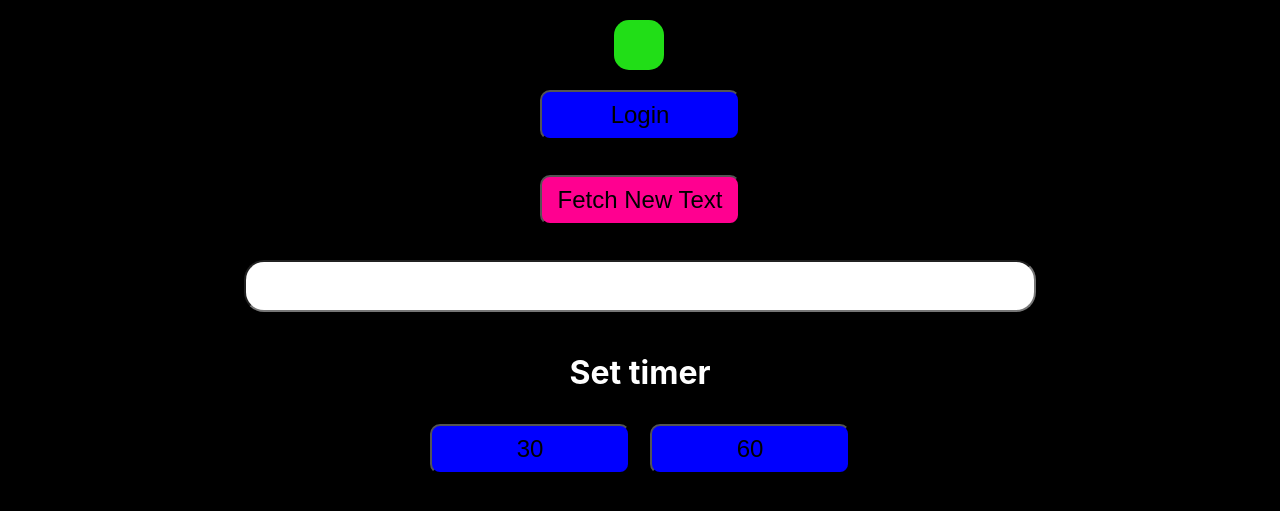
Repository: abhaysharma20233009/swiftKey
Page: / (app in frontend/my-app/)
These files come from the project's save history. The page is drawn as it stood at one moment and after the next save; the edit follows.
The browser window is 1280 px wide. The pictures show the whole page.
The page's requests for data from a server got no answer. The project was rebuilt for these pictures with package versions that can differ from the ones it lists, and the page was loaded fresh each time. No one was signed in, and anything a server would have sent is missing. Also part of the build but not shown: frontend/my-app/src/Results.js, frontend/my-app/src/Login.js, frontend/my-app/src/Signup.js.

Above is the page before, as saved 2024-10-10 21:01:39.

After the next save:
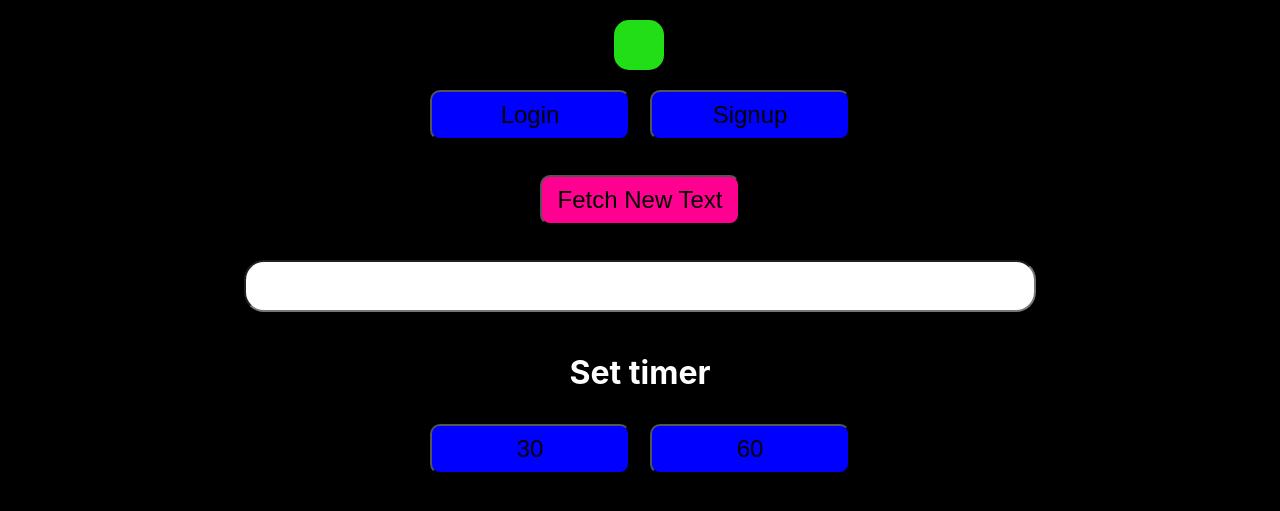
Saved 70 s later.
--- a/frontend/my-app/src/Swifts.js
+++ b/frontend/my-app/src/Swifts.js
@@ -86,6 +86,7 @@ function Swifts() {
               <div class="Timer">{countdown}</div>
             {username && <h2>Welcome, {username}!</h2>}
             <button className="log" onClick={() => navigate('/login')}>Login</button>
+            <button className="log" onClick={()=>navigate('/signup')}>Signup</button>
             {/* <button className="log" onClick={()=>logout(username,email)}>Logout</button> */}
             <br />
             <button className="logs" onClick={fetchMessages}>Fetch New Text</button>
